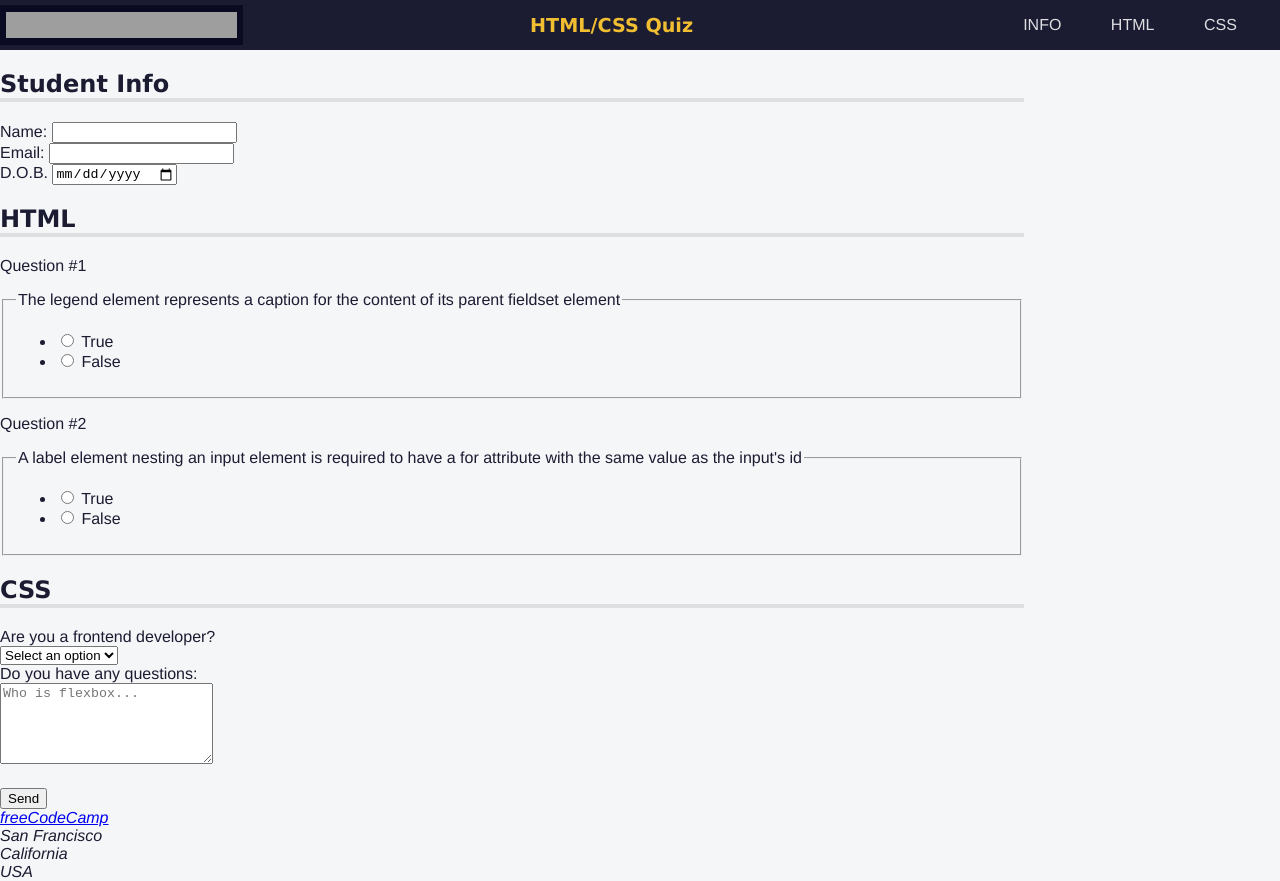
Repository: cipdanila/freeCodeCamp
Page: Quiz/index.html
An editor plug-in stored every save of this project. The page is shown before and after the next save, followed by the edit.
The browser window is 1280 px wide. The pictures show the whole page.
Pictures or frames that could not be fetched are drawn as grey boxes.

Above is the page before, as saved 2023-10-18 19:25:36.

### Quiz/index.html
<!DOCTYPE html>
<html lang="en">
    <head>
        <meta charset="UTF-8" />
        <meta name="viewport" content="width=device-width, initial-scale=1.0" />
        <meta
            name="description"
            content="freeCodeCamp Accessibility Quiz practice project"
        />
        <title>Accessibility Quiz</title>
        <link rel="stylesheet" href="styles.css" />
    </head>
    <body>
        <header>
            <img
                id="logo"
                src="https://cdn.freecodecamp.org/platform/universal/fcc_primary.svg"
            />
            <h1>HTML/CSS Quiz</h1>
            <nav>
                <ul>
                    <li><a href="#student-info">INFO</a></li>
                    <li><a href="#html-questions">HTML</a></li>
                    <li><a href="#css-questions">CSS</a></li>
                </ul>
            </nav>
        </header>
        <main>
            <form
                method="post"
                action="https://freecodecamp.org/practice-project/accessibility-quiz"
            >
                <section role="region" aria-labelledby="student-info">
                    <h2 id="student-info">Student Info</h2>
                    <div class="info">
                        <label for="student-name">Name:</label>
                        <input
                            type="text"
                            name="student-name"
                            id="student-name"
                        />
                    </div>
                    <div class="info">
                        <label for="student-email">Email:</label>
                        <input
                            type="email"
                            name="student-email"
                            id="student-email"
                        />
                    </div>
                    <div class="info">
                        <label for="birth-date"
                            >D.O.B.<span class="sr-only"
                                >(Date of Birth)</span
                            ></label
                        >
                        <input type="date" name="birth-date" id="birth-date" />
                    </div>
                </section>
                <section role="region" aria-labelledby="html-questions">
                    <h2 id="html-questions">HTML</h2>
                    <div class="question-block">
                        <p>1</p>
                        <fieldset class="question" name="html-question-one">
                            <legend>
                                The legend element represents a caption for the
                                content of its parent fieldset element
                            </legend>
                            <ul class="answers-list">
                                <li>
                                    <label for="q1-a1">
                                        <input
                                            type="radio"
                                            id="q1-a1"
                                            name="q1"
                                            value="true"
                                        />
                                        True
                                    </label>
                                </li>
                                <li>
                                    <label for="q1-a2">
                                        <input
                                            type="radio"
                                            id="q1-a2"
                                            name="q1"
                                            value="false"
                                        />
                                        False
                                    </label>
                                </li>
                            </ul>
                        </fieldset>
                    </div>
                    <div class="question-block">
                        <p>2</p>
                        <fieldset class="question" name="html-question-two">
                            <legend>
                                A label element nesting an input element is
                                required to have a for attribute with the same
                                value as the input's id
                            </legend>
                            <ul class="answers-list">
                                <li>
                                    <label for="q2-a1">
                                        <input
                                            type="radio"
                                            id="q2-a1"
                                            name="q2"
                                            value="true"
                                        />
                                        True
                                    </label>
                                </li>
                                <li>
                                    <label for="q2-a2">
                                        <input
                                            type="radio"
                                            id="q2-a2"
                                            name="q2"
                                            value="false"
                                        />
                                        False
                                    </label>
                                </li>
                            </ul>
                        </fieldset>
                    </div>
                </section>
                <section role="region" aria-labelledby="css-questions">
                    <h2 id="css-questions">CSS</h2>
                    <div class="formrow">
                        <div class="question-block">
                            <label for="customer"
                                >Are you a frontend developer?</label
                            >
                        </div>
                        <div class="answer">
                            <select name="customer" id="customer" required>
                                <option value="">Select an option</option>
                                <option value="yes">Yes</option>
                                <option value="no">No</option>
                            </select>
                        </div>
                        <div class="question-block">
                            <label for="css-questions"
                                >Do you have any questions:</label
                            >
                        </div>
                        <div class="answer">
                            <textarea
                                id="css-questions"
                                name="css-questions"
                                rows="5"
                                cols="24"
                                placeholder="Who is flexbox..."
                            ></textarea>
                        </div>
                    </div>
                </section>
                <button type="submit">Send</button>
            </form>
        </main>
        <footer>
            <address>
                <a href="https://freecodecamp.org">freeCodeCamp</a><br />
                San Francisco<br />
                California<br />
                USA
            </address>
        </footer>
    </body>
</html>

### Quiz/styles.css
body {
    background: #f5f6f7;
    color: #1b1b32;
    font-family: Helvetica;
    margin: 0;
}

header {
    width: 100%;
    height: 50px;
    background-color: #1b1b32;
    display: flex;
    justify-content: space-between;
    align-items: center;
    position: fixed;
    top: 0;
}

#logo {
    width: max(100px, 18vw);
    background-color: #0a0a23;
    aspect-ratio: 35 / 4;
    padding: 0.4rem;
}

h1 {
    color: #f1be32;
    font-size: min(5vw, 1.2em);
    text-align: center;
}

nav {
    width: 50%;
    max-width: 300px;
    height: 50px;
}

nav > ul {
    display: flex;
    justify-content: space-evenly;
    flex-wrap: wrap;
    align-items: center;
    padding-inline-start: 0;
    margin-block: 0;
    height: 100%;
}

nav > ul > li {
    color: #dfdfe2;
    margin: 0 0.2rem;
    padding: 0.2rem;
    display: block;
}

nav > ul > li:hover {
    background-color: #dfdfe2;
    color: #1b1b32;
    cursor: pointer;
}

li > a {
    color: inherit;
    text-decoration: none;
}

main {
    padding-top: 50px;
}

section {
    width: 80%;
    margin-bottom: 20px;
}

h1,
h2 {
    font-family: Verdana, Tahoma;
}

h2 {
    border-bottom: 4px solid #dfdfe2;
}

p::before {
    content: "Question #";
}

.sr-only {
    position: absolute;
    width: 1px;
    height: 1px;
    padding: 0;
    margin: -1px;
    overflow: hidden;
    clip: rect(0, 0, 0, 0);
    white-space: nowrap;
    border: 0;
}

After the next save:
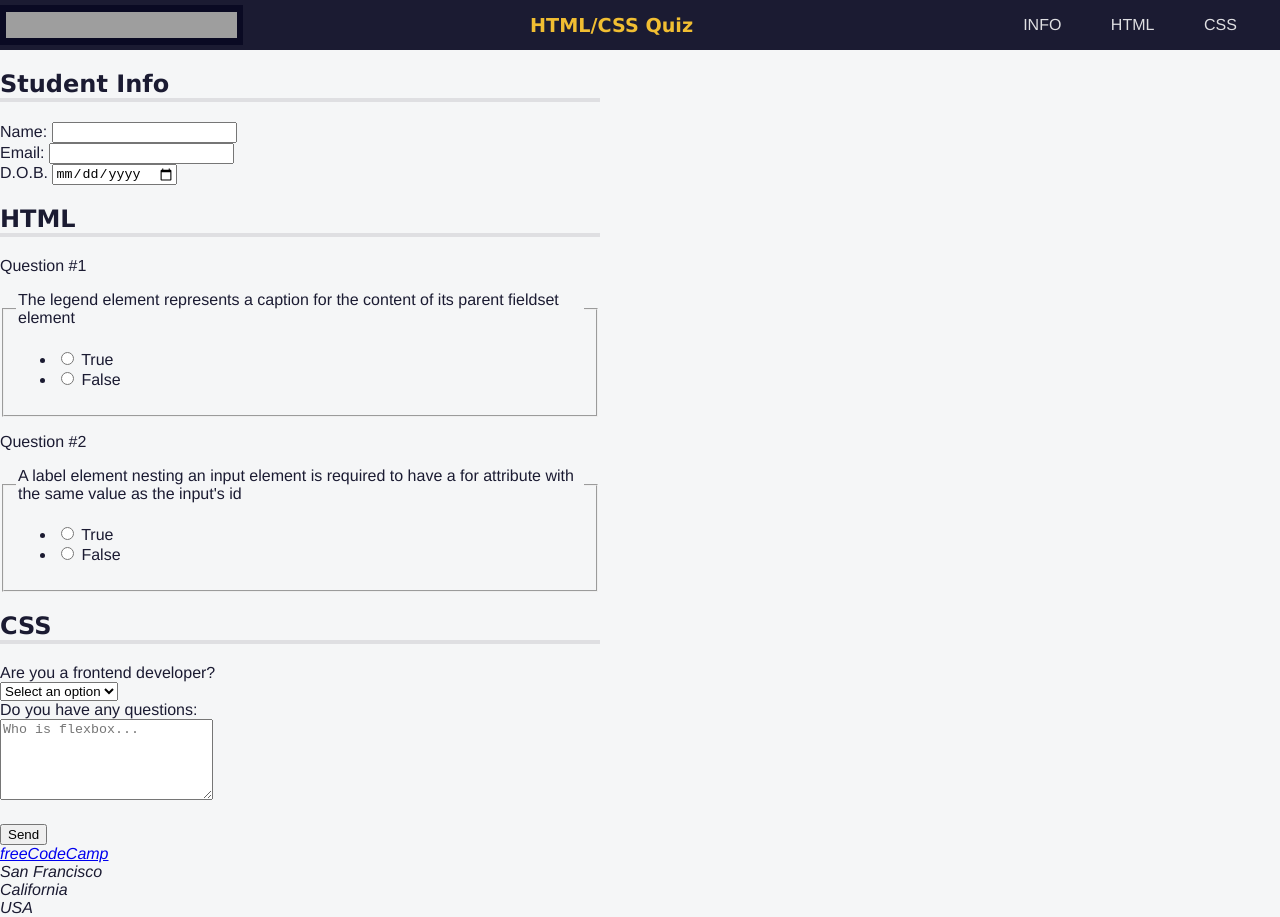
Saved 21 s later.
--- a/Quiz/styles.css
+++ b/Quiz/styles.css
@@ -69,6 +69,7 @@
 
 section {
     width: 80%;
+    max-width: 600px;
     margin-bottom: 20px;
 }
 
